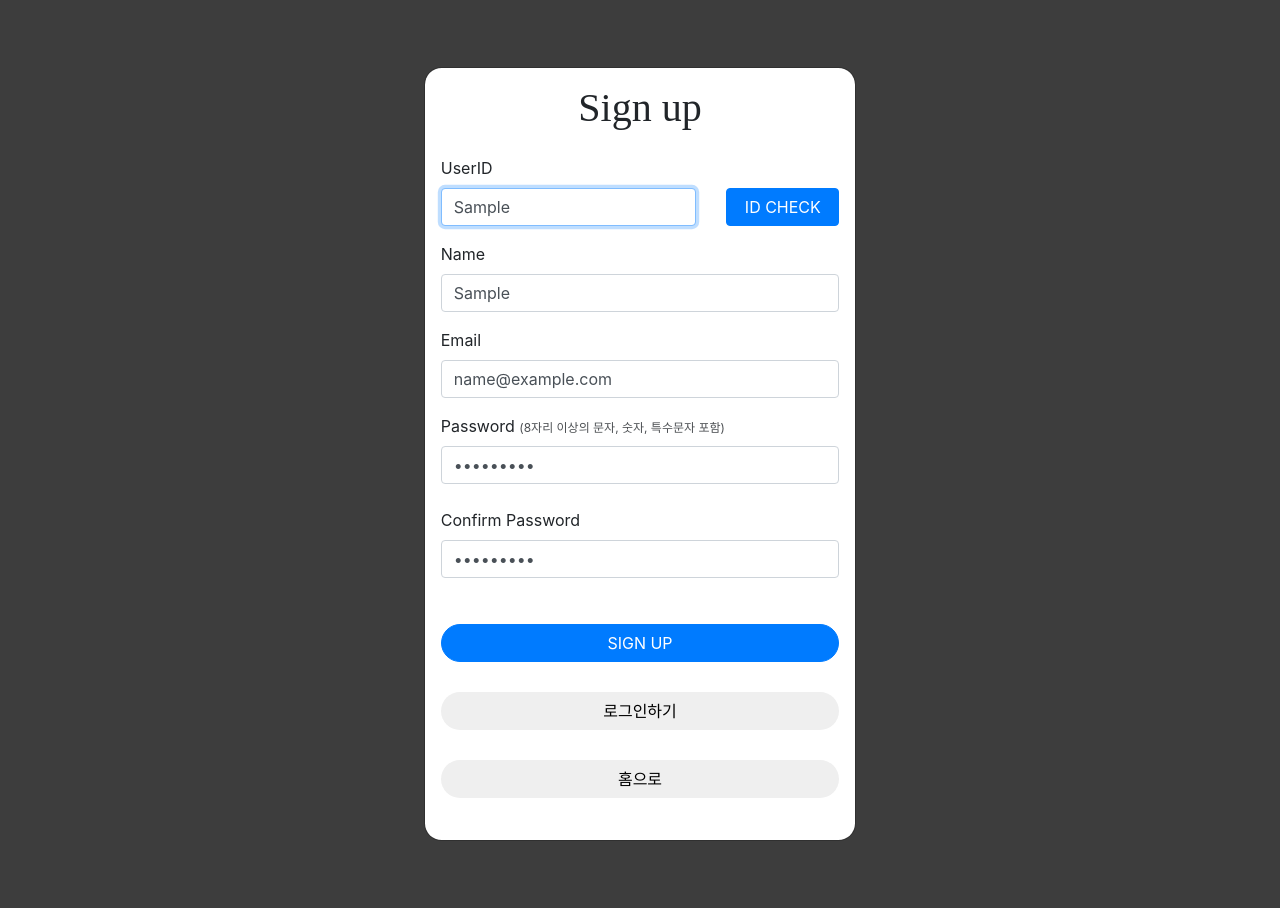
Repository: jeongeun-cloud/spring-study
Page: http://localhost/Session/registerForm.jsp
These files come from the project's save history. The page is drawn as it stood at one moment and after the next save; the edit follows.
The browser window is 1280 px wide. The pictures show the whole page.
Empty fields were first filled with sample values (such as "Sample", 5 or name@example.com).
After loading, the first visible `form` was submitted once.
Some web fonts or font styles are not loaded; a fallback is used. The page is served by Tomcat 9.

Above is the page before, as saved 2020-06-05 05:44:03.

After the next save:
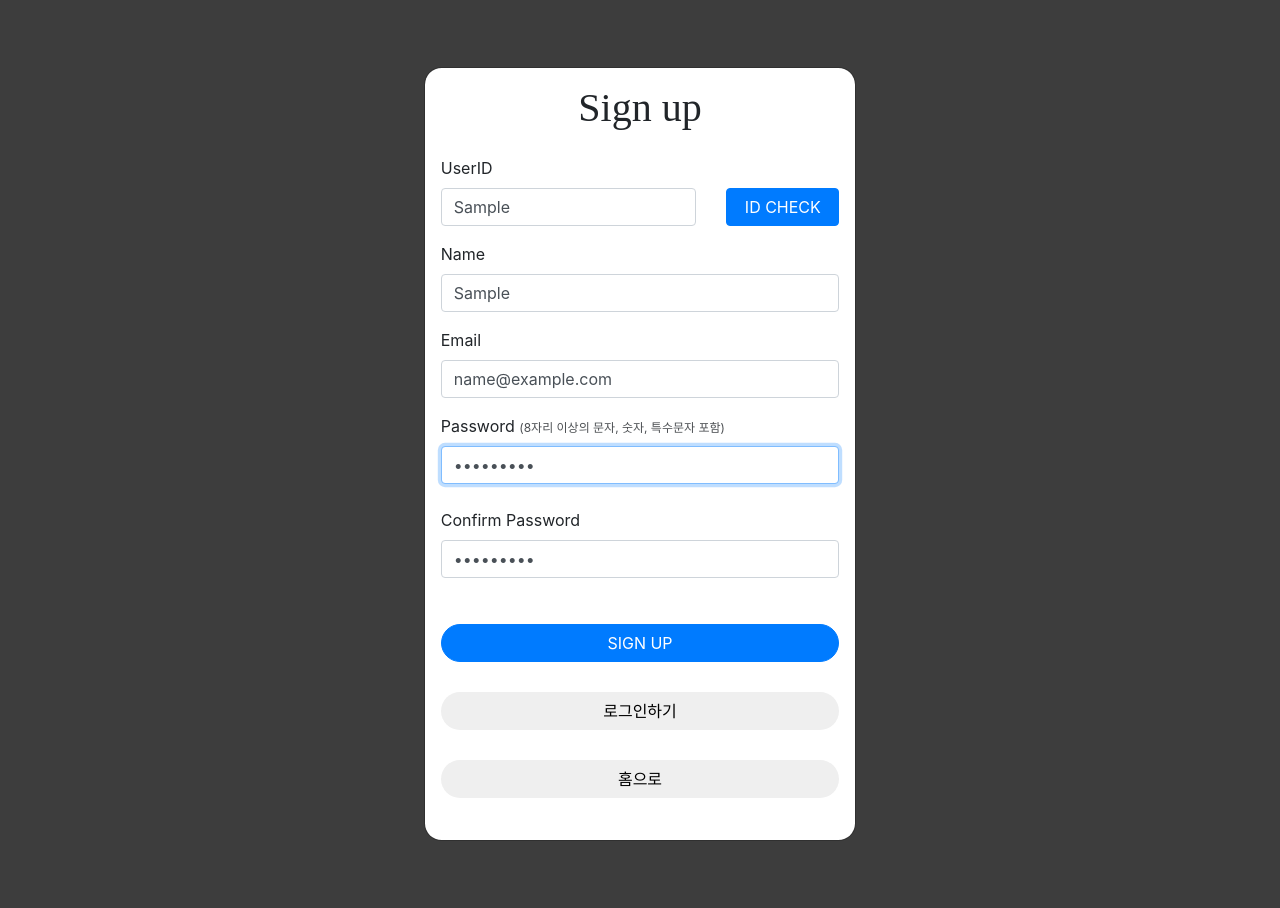
Saved 47 s later.
--- a/jsp_work/Session/WebContent/registerForm.jsp
+++ b/jsp_work/Session/WebContent/registerForm.jsp
@@ -182,11 +182,13 @@
 				alert("아이디는 4~12자 사이로 입력해주세요.");
 				document.regForm.id.focus();
 				return false;
-			}else if(idCheck == "null") {
+			}
+/* 			else if(idCheck == "null") {
 				alert("아이디 중복체크를 해주세요!");
 				document.regForm.id.focus();
 				return false;
-			}else if(!regEmail.test(email)){
+			} */
+			else if(!regEmail.test(email)){
 				alert("유효하지 않은 이메일입니다");
 				document.regForm.email.focus();
 				return false;
